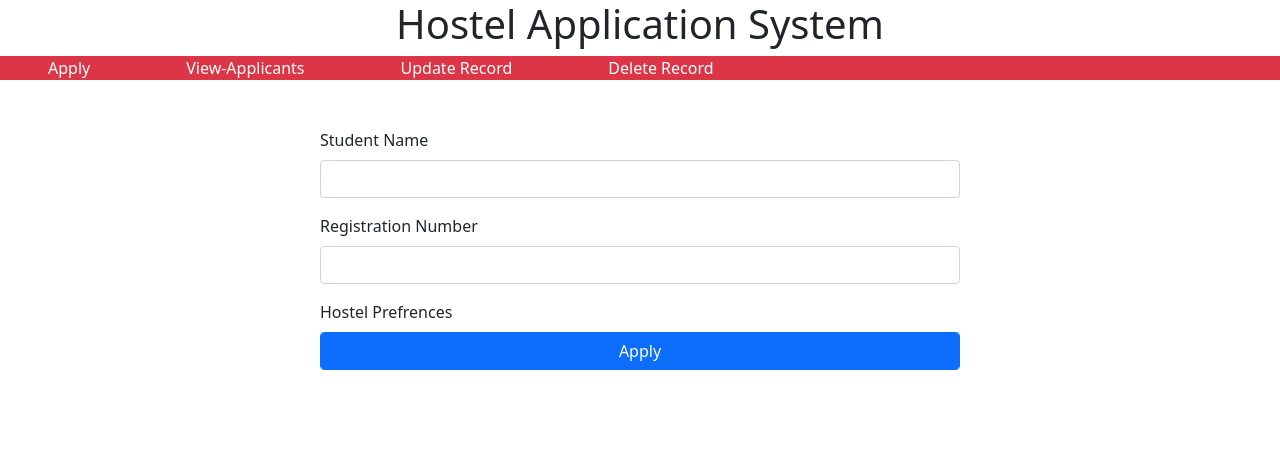
Repository: SaudCh/lab-final
Page: /hostelApplicants
These files come from the project's save history. The page is drawn as it stood at one moment and after the next save; the edit follows.
The browser window is 1280 px wide. The pictures show the whole page.
The project was rebuilt for these pictures with package versions that can differ from the ones it lists, and the page was loaded fresh each time. Also part of the build but not shown: src/components/ViewApplicant.jsx, src/components/UpdateRecord.jsx, src/components/DeleteRecord.jsx.

Above is the page before, as saved 2022-01-01 13:26:34.

### src/index.js
import React from 'react';
import ReactDOM from 'react-dom';
import 'bootstrap/dist/css/bootstrap.min.css';
import { BrowserRouter } from 'react-router-dom';
import App from './App';


ReactDOM.render(
  <BrowserRouter>
    <App />
  </BrowserRouter>,
  document.getElementById('root')
);

### src/App.js
import Navbar from "./components/Navbar";
import { Routes, Route } from 'react-router-dom';
import AddApplicant from './components/AddApplicant';
import ViewApplicant from './components/ViewApplicant';
import UpdateRecord from "./components/UpdateRecord";
import DeleteRecord from "./components/DeleteRecord";

function App() {
  return (
    <div>
      <h1 className="text-center">Hostel Application System</h1>
      <Navbar />
      <Routes>
        <Route path="/hostelApplicants" element={<AddApplicant />} />
        <Route
          path="/viewApplicants"
          element={<ViewApplicant />}
        />
        <Route
          path="/editApplicant"
          element={<UpdateRecord />}
        />
        <Route
          path="/deleteApplicant"
          element={<DeleteRecord />}
        />
      </Routes>
    </div>
  );
}

export default App;

### src/components/Navbar.jsx
import { Link } from "react-router-dom";

const Navbar = () => {
  return (
    <div>
      <div className="w-100 bg-danger">
        <Link
          to="/hostelApplicants"
          className="ms-5 me-5 text-decoration-none text-white"
        >
          Apply
        </Link>
        <Link
          to="/viewApplicants"
          className="ms-5 me-5 text-decoration-none text-white"
        >
          View-Applicants
        </Link>
        <Link
          to="/editApplicant"
          className="ms-5 me-5 text-decoration-none text-white"
        >
          Update Record
        </Link>
        <Link
          to="/deleteApplicant"
          className="ms-5 me-5 text-decoration-none text-white"
        >
          Delete Record
        </Link>
      </div>
    </div>
  );
};

export default Navbar;

### src/components/AddApplicant.jsx
import { useState } from "react";
import axios from "axios";
const AddApplicant = () => {
  const [studentName, setStudentName] = useState("");
  const [registrationNumber, setRegistrationNumber] = useState("");
  const [message, setMessage] = useState();

  const addDetails = async (e) => {
    e.preventDefault();

    const data = {
      studentName: studentName,
      registrationNumber: registrationNumber,
    };
    await axios
      .post("http://localhost:5000/user/add", data)
      .then((response) => {
        console.log(response.data);
        setMessage(response.data.message);
      })
      .catch((e) => console.log(e));
    setStudentName("");
    setRegistrationNumber("");
  };

  return (
    <div className="col-md-6 position-absolute start-50 translate-middle-x mt-5">
      {message && <div className="alert alert-success">{message}</div>}
      <form>
        <label className="mb-2">Student Name</label>
        <input
          type="text"
          className="form-control mb-3"
          name="studentName"
          value={studentName}
          onChange={(e) => setStudentName(e.target.value)}
        />

        <label className="mb-2">Registration Number</label>
        <input
          type="text"
          className="form-control mb-3"
          value={registrationNumber}
          name="registrationNumber"
          onChange={(e) => setRegistrationNumber(e.target.value)}
        />
        <label className="mb-2">Hostel Prefrences</label>

        <button
          className="btn btn-primary form-control"
          onClick={(e) => addDetails(e)}
        >
          Apply
        </button>
      </form>
    </div>
  );
};

export default AddApplicant;

Loaded but not shown: public/index.html (common file)

After the next save:
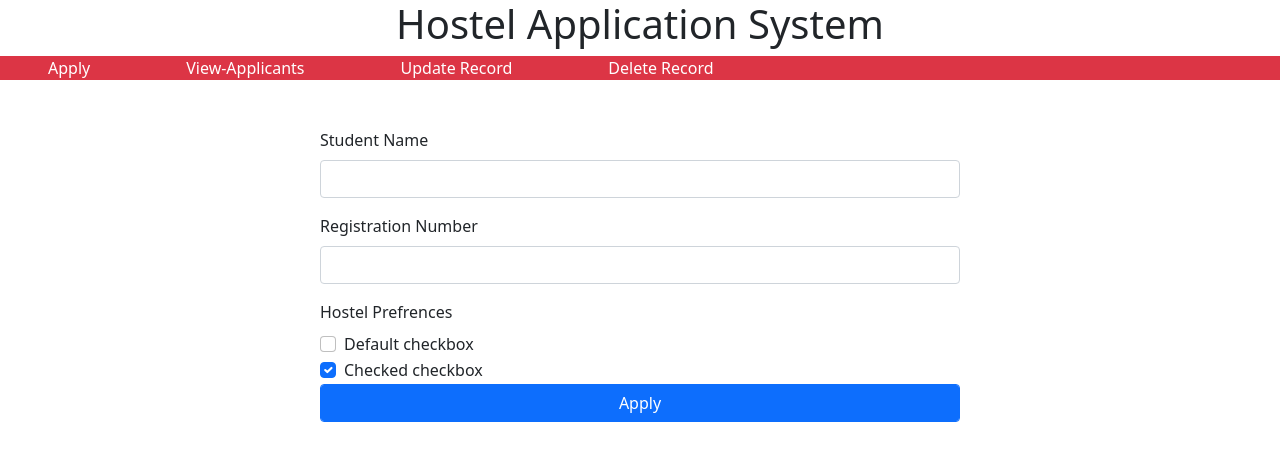
Saved 29 s later.
--- a/src/components/AddApplicant.jsx
+++ b/src/components/AddApplicant.jsx
@@ -45,6 +45,29 @@ const AddApplicant = () => {
           onChange={(e) => setRegistrationNumber(e.target.value)}
         />
         <label className="mb-2">Hostel Prefrences</label>
+        <div class="form-check">
+          <input
+            class="form-check-input"
+            type="checkbox"
+            value=""
+            id="flexCheckDefault"
+          />
+          <label class="form-check-label" for="flexCheckDefault">
+            Default checkbox
+          </label>
+        </div>
+        <div class="form-check">
+          <input
+            class="form-check-input"
+            type="checkbox"
+            value=""
+            id="flexCheckChecked"
+            checked
+          />
+          <label class="form-check-label" for="flexCheckChecked">
+            Checked checkbox
+          </label>
+        </div>
 
         <button
           className="btn btn-primary form-control"
